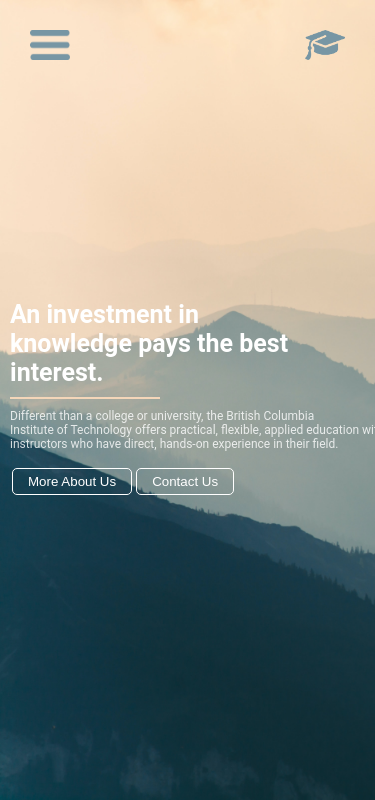
Repository: Sheraliramzan/Aly_A01253508_Assignment1
Page: /
The author's editor kept a copy of each file at every save. The page is drawn from the files as they stood at one save, then again after the next save.
The browser window is 375 px wide. The pictures show the whole page.
The project was rebuilt for these pictures with package versions that can differ from the ones it lists, and the page was loaded fresh each time. The framework's server and built-in components were replaced by stand-ins that run in the browser. Also part of the build but not shown: next.config.js.

Above is the page before, as saved 2023-02-05 11:50:42.

### pages/index.js
import Head from 'next/head'
import Image from 'next/image'
import styles from '../styles/Home.module.css'
import { useState } from 'react'
import { useRouter } from 'next/router'
import Link from 'next/link'
import dynamic from "next/dynamic";
import Nav from '../comp/nav/nav';


const Home = () => {

  return (
    <>
      <Head>
        <title>Home</title>
        <meta name="author" content="MDIA 2109" />
        <meta property="og:title" content= "Assignment #1 - Home Page"/>
        <meta property="og:description" content= "BCIT Digital Design and Development Diploma"/>
        <meta name="viewport" content="width=device-width, initial-scale=1" />
        <link rel="icon" href="/favicon.png" />
      </Head>
      <main className={styles.main}>
        <div className='fullcont'>
          <Nav/>
          <div className="headcont">
            <h1 className="headhome">An investment in <br/>knowledge pays the best <br/> interest.</h1>
            <div className="horidiv"></div>
            <p className="para1">Different than a college or university, the British Columbia <br/> Institute of Technology offers practical, flexible, applied education with instructors who have direct, hands-on experience in their field.</p>
          </div>
          <a className='butcont'>
            <Link href="/about"><button  className='but1'>More About Us</button></Link>
            <Link href="/contact"><button className='but1'>Contact Us</button></Link>
          </a>
          <a  href="/about">
            <span>
             <Image alt='down' className='downarrow' src ={"/downwardArrow.png"} width={25} height={35}></Image>
            </span>
          </a>
        </div>
      </main>
    </>
  )
}

export default dynamic (() => Promise.resolve(Home), {ssr: false})

### styles/globals.css


* {
  box-sizing: border-box;
  padding: 0;
  margin: 0;
}

html,
body {
  margin: 0;
  padding: 0;
  font-family: "Roboto", sans-serif;
  scrollbar-width: none;

}
.menuimg{
  margin-left: 100px;
}
.gardimg{
  margin-right: 100px;
}
.navcont {
  display: flex;
  align-items: center;
  justify-content: space-between;
  padding: 10px;
}
.menucont{
  position: absolute;
  top: 0rem;
  left: 4rem;
}
a{
  color: var(--primary-color);
  text-decoration: none;
}

ul {
  display: flex;
  flex-direction: column;
  position: absolute;
  top: 10px;
  left: 50px;
  gap: 2rem;
  text-decoration: none;
}

ul > li {
  list-style-type: none;
  text-decoration: none;
  color: var(--primary-color);
}
.listcont{
  position: absolute;
  display: flex;
  align-items: flex-start;
  left: 3rem;
  top: 3rem;
}

.btncont {
  display: flex;
}

.close {
  background-color: transparent;
  border: none;
  font-size: larger;
  color: var(--primary-color);
}

.fullcont{
  width: 100vw;
  height: 100vh;
  background-image: url("/background-images/backgroundMountain.jpg");
  background-size: cover;
}
.but1{
  margin: 2px;
  padding: 5px 15px;
  background: none;
  border: 1px solid var(--primary-color);
  border-radius: 5px;
  color:var(--primary-color) ;
}
.butcont{
 margin-left: 250px;
}

.but1:hover{
  background-color: var( --primary-color);
  color: var(--quinary-color);
}
.downarrow{
  position: fixed;
  left: 1100px;
  top:600px;
}
.uparrow{
  position: fixed;
  left: 1100px;
  top:560px;
}
.headcont{
  display: flex;
  flex-direction: column;
  width: 25%;
  margin-top: 320px;
  margin-left: 250px;
}
.headhome{
  color: var(--primary-color);
  font-size: 25px;
  margin-bottom: 10px;
}
.horidiv{
  width: 60%;
  border: 1px solid var(--secondary-color);
  margin-bottom: 10px;
}
.para1{
  color: var(--primary-color);
  font-size:12px;
  width: 100%;
  opacity: 0.8;
}
.aboutcont{
  width: 100%;
  background-color: var( --quaternary-color);
  justify-content: center;
  overflow: hidden;
  height: 1410px;
  overflow: hidden;
  scroll-behavior: smooth;
}
.hori{
  border-left: 300px solid var(--secondary-color);
  width: 100px;
  height: 1px;
  margin-right: 100px;
}
.hori1{
  border-left: 300px solid var(--secondary-color);
  width: 100px;
  height: 1px;
  margin-left: 100px;
}
.headcont1{
  text-align: center;
  margin-top: 40px;
  display: flex;
  justify-content: center;
  align-items: center;
}
.header{
  color: var(--primary-color);
}
.paracont{
  display: flex;
  flex-direction: column;
  color: var(--ternary-color);
  justify-content: center;
  align-items: center;
  margin-top: 100px;

}
.para2{
  margin-top: 20px;
  margin-bottom: 20px;
}
.header2{
  display: flex;
  flex-direction: column;
  align-items: center;
  margin-right: 390px;
  margin-top: 20px;
  margin-bottom: 20px;
  color: var(--primary-color);
}
.header3{
  display: flex;
  flex-direction: column;
  align-items: center;
  margin-right: 560px;
  margin-top: 20px;
  margin-bottom: 20px;
  color: var(--primary-color);
}
.header4{
  display: flex;
  flex-direction: column;
  align-items: center;
  margin-right: 480px;
  margin-top: 20px;
  margin-bottom: 20px;
  color: var(--primary-color);
}
.para3{
  color: var(--ternary-color);
  display: flex;
  align-items: center;
  justify-content: center;
  margin-bottom: 20px;
  margin-left: 40px;
}
.para4{
  color: var(--ternary-color);
  display: flex;
  align-items: center;
  justify-content: center;
  margin-bottom: 20px;
  margin-left: 60px;
}
#carouselImage{
  height: 200px;
  background-repeat: no-repeat;
  background-size: cover;
  display: flex;
  justify-content: center;
  align-items: center;
  margin: 40px 0px;
}
#testOnImageHere{
  background-color: rgba(16, 46, 53, 0.5);
  padding: 10px;
  margin: 0px 50px;
}
.full {
  display: flex;
  flex-direction: column;
  justify-content: center;
}
.btncont {
  display: flex;
  align-items: center;
  justify-content: center;
  width: 100%;
  position: absolute;
}
.flexbox {
  display: flex;
}
.imgcontain {
  display: flex;
  color: var(--primary-color);
  background-repeat: no-repeat;
}
.imagecar {
  display: flex;
  align-items: center;
  justify-content: center;
  width: 100%;
}
.imgmain {
  background-size: cover;
  background-repeat: no-repeat;
}
.DepList{
  display: flex;
  flex-direction: column;
  justify-content: center;
  position: relative;
  left: 560px;
  top:50px;
}
@media (max-width:820px){
  .fullcont{
    width: 100%;
    height: 100vh;
    overflow: hidden;
  }
  .headcont{
    width: 80%;
    margin-left: 70px;
    margin-top:400px ;
  }
  .horidiv{
    width: 40%;
  }
  .butcont{
   margin-left: 70px;
  }
  .navcont{
    margin-top: 100px;
  }
  .downarrow{
    position: fixed;
    left:750px;
    top:950px;
  }
  .uparrow{
    position: fixed;
    left:750px;
    top:890px;
  }
  .DepList{
    position: relative;
    left:330px;
  }
  .aboutcont{
    overflow: hidden;
    height: 1570px;
  }
}
@media (max-width:414px){
  .navcont{
    margin-top: 20px;
  }
  .menuimg{
    margin-left: 20px;
  }
  .gardimg{
    margin-right: 20px;
  }
  .headcont{
    margin-top: 230px;
    width: 100%;
    margin-left: 10px;
  }
  .butcont{
    margin-left: 10px;
  }
  .downarrow{
    position: relative;
    left:100px
  }
}

### styles/variables.css
:root{
    --primary-color:#fff;
    --secondary-color:#f4d6b9;
    --ternary-color: #7796a4;
    --quaternary-color:#14343d;
    --quinary-color:rgba(16,46,53,0.5);
}

### styles/Home.module.css
.main {
  display: flex;
  flex-direction: column;
  justify-content: space-between;
  align-items: center;
}

### comp/nav/nav.js
import Head from 'next/head'
import Image from 'next/image'
import { useState } from 'react'
import { useRouter } from 'next/router'
import Link from 'next/link'

export default function Nav(){
    const [isMenuOpen, setIsMenuOpen] = useState(false);
  const handleClick = () => {
    setIsMenuOpen(!isMenuOpen);
  };
  const router = useRouter();
    return (
    <>
        <div className="navcont">
              <Image alt='menu' className='menuimg'
                src={"/icons/menu-icon.png"}
                width={40}
                height={30}
                onClick={handleClick}
              />
              <Image alt='grad' className='gardimg' src={"/icons/graduation-hat.png"} width={40} height={30} />
          </div>
          {isMenuOpen && (
            <div className="menucont">
              <div className="listcont">
                <div className="btncont">
                  <button className="close" onClick={handleClick}>
                    X
                  </button>
                </div>
                <div>
                  <ul>
                    <li>
                      <a href="/">Home</a>
                    </li>
                    <li>
                      <a href="/about">About</a>
                    </li>
                    <li>
                      <a href="/contact">Contact</a>
                    </li>
                  </ul>
                </div>
              </div>
              <Image alt='bar'
                src={"/background-images/menuBackground.png"}
                width={240}
                height={240}
              />
            </div>
          )}
    </>
    )
}

Loaded but not shown: pages/_app.js (common file); pages/_document.js (common file)

After the next save:
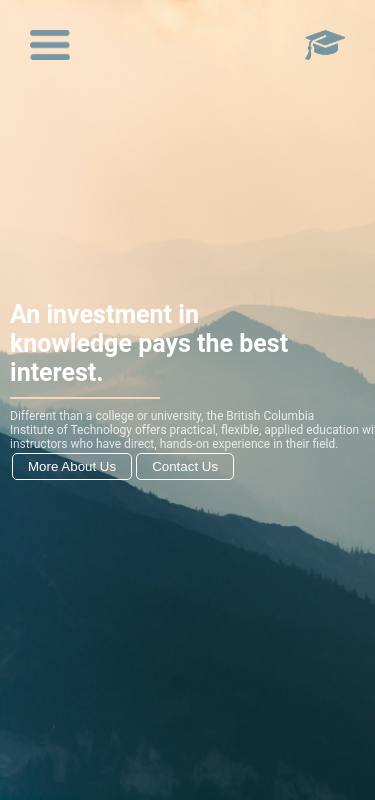
Saved 32 s later.
--- a/styles/globals.css
+++ b/styles/globals.css
@@ -322,7 +322,6 @@ ul > li {
     margin-left: 10px;
   }
   .downarrow{
-    position: relative;
-    left:100px
-  }
-}
+
+  }
+}
